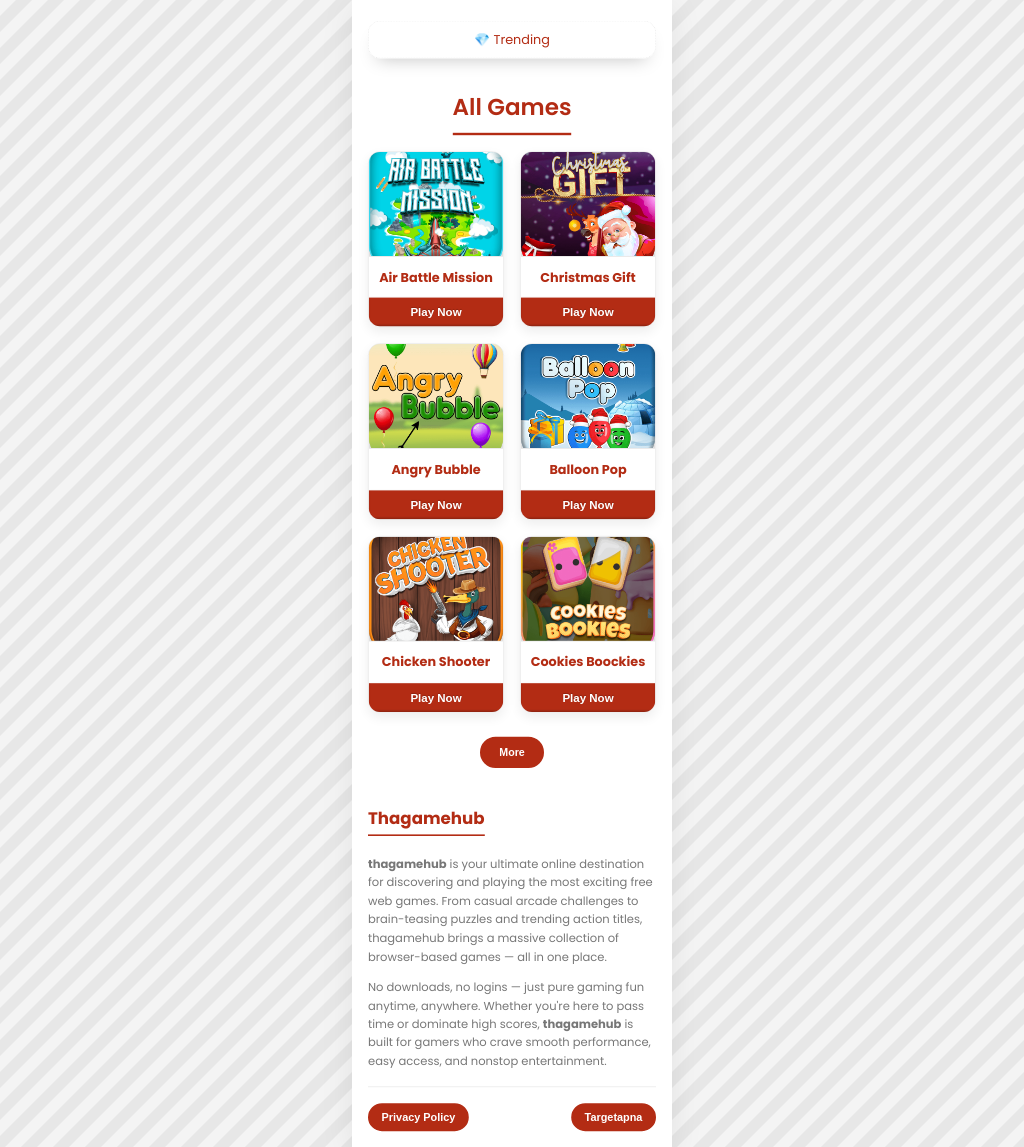
Repository: meenadabhii/game36.indianewjobs.in
Page: trending.html
An editor plug-in stored every save of this project. The page is shown before and after the next save, followed by the edit.
The browser window is 1280 px wide. The pictures show the whole page, at 80% of full size.
Backgrounds fixed to the window are drawn as part of the page.

Above is the page before, as saved 2025-09-24 15:35:15.

After the next save:
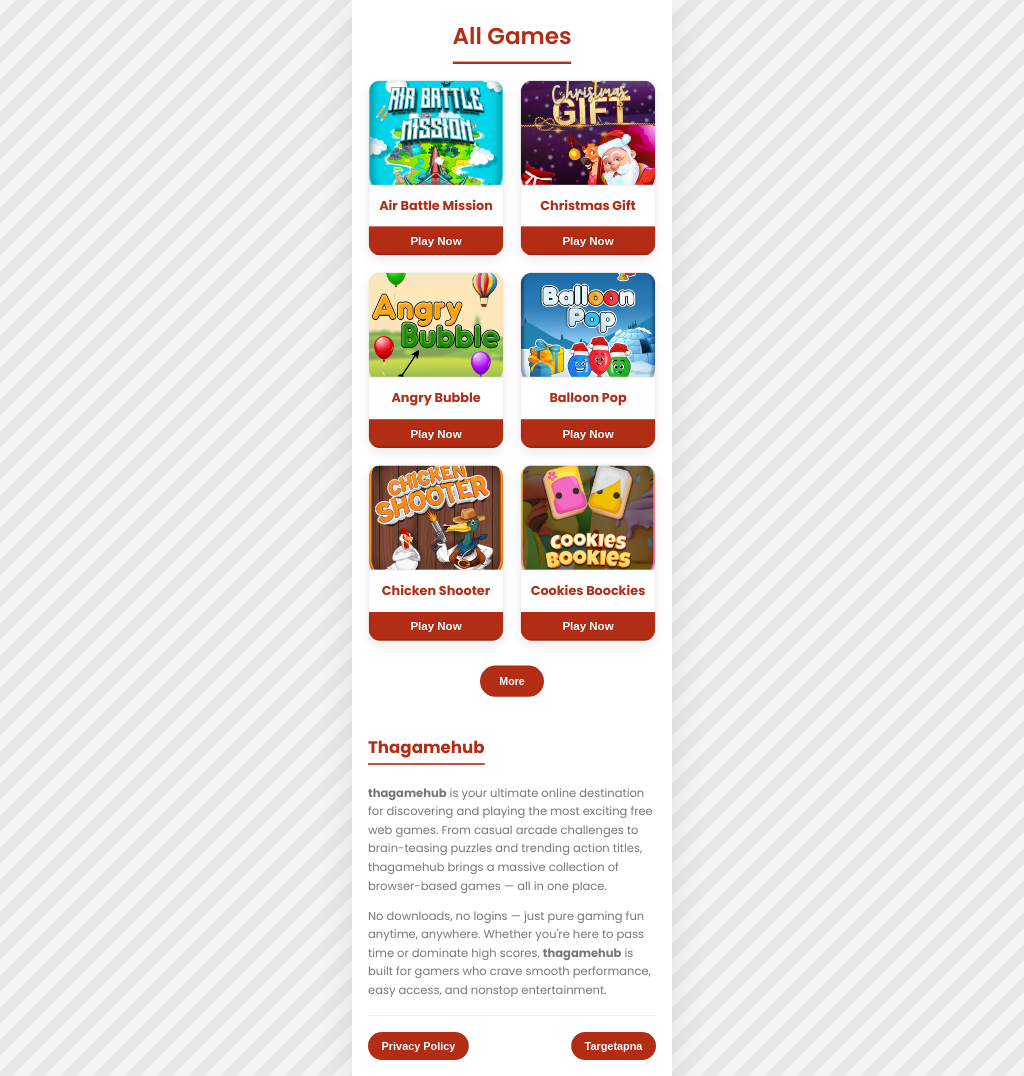
Saved 26 s later.
--- a/trending.html
+++ b/trending.html
@@ -28,17 +28,19 @@
           alt=""
           class="h-5 w-5 hover:opacity-90 transition-opacity"
         /> -->
+<script async src="https://pagead2.googlesyndication.com/pagead/js/adsbygoogle.js?client=ca-pub-2781325489132361"
+     crossorigin="anonymous"></script>
+<!-- d7 -->
+<ins class="adsbygoogle"
+     style="display:block"
+     data-ad-client="ca-pub-2781325489132361"
+     data-ad-slot="6502762658"
+     data-ad-format="auto"
+     data-full-width-responsive="true"></ins>
+<script>
+     (adsbygoogle = window.adsbygoogle || []).push({});
+</script>
 
-      <div style="padding-top: 10px">
-        <P class="spGames">💎 Trending</P>
-      </div>
-
-      <!-- d8 -->
-      <ins class="adsbygoogle" style="display:block" data-ad-client="ca-pub-5344382116373735" data-ad-slot="2774775798"
-        data-ad-format="auto" data-full-width-responsive="true"></ins>
-      <script>
-        (adsbygoogle = window.adsbygoogle || []).push({});
-      </script>
 
 
     </header>
